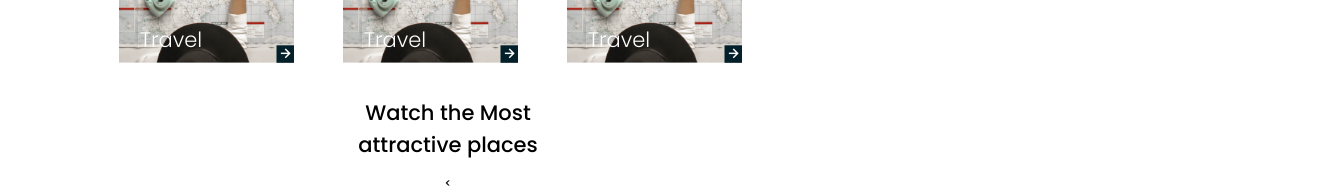
Repository: OmniaRafat232111121/Traveling
Page: index.html
The author's editor kept a copy of each file at every save. The page is drawn from the files as they stood at one save, then again after the next save.
The browser window is 1280 px wide. The page is 1280 px wide, then 1920 px, so the pictures cover 1920 px, including what lies to the right of the window. The pictures show the part of the page from y = 974 to 2254 px (the page is 1249 px tall before and 4111 px after), at 70% of full size.

Above is the page before, as saved 2022-12-20 11:45:16.

After the next save:
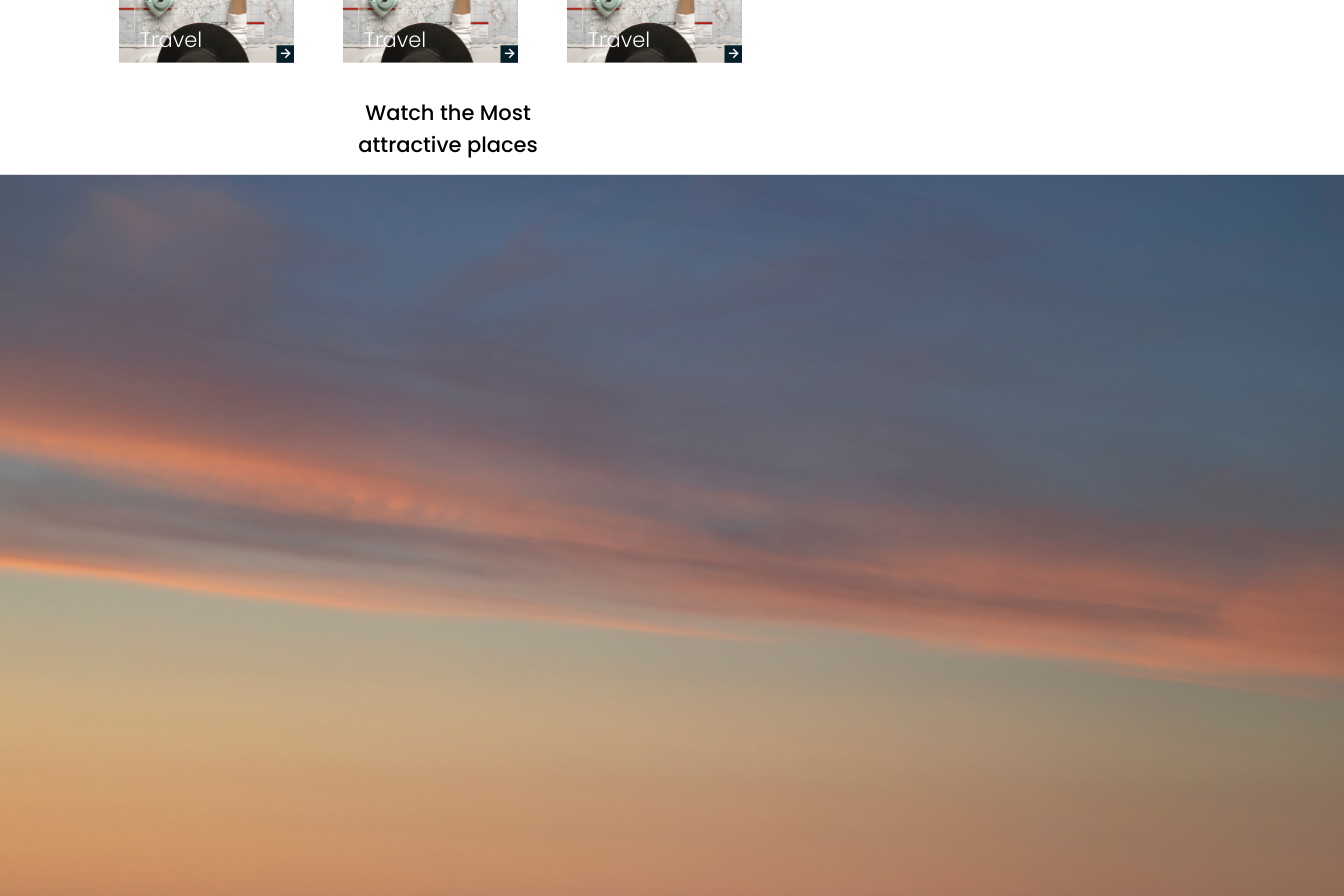
Saved 4 s later.
--- a/index.html
+++ b/index.html
@@ -114,10 +114,7 @@
    <section class="Videos" id="Videos">
     <div class="heading">
         <h1>Watch the Most <br>attractive places</h1>
-        <div class="image-container">
-            <
-
-        </div>
+        <img src="./imgs/rose.jpg" at="image"/>
 
     </div>
 
